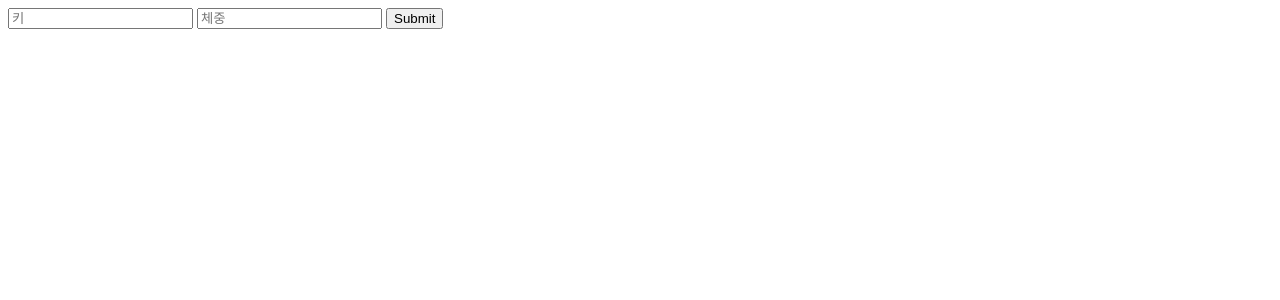
Repository: dev-leeJin/jsp-practice
Page: http://localhost/JSPBasic/JspObject/1.requests/req_bmi.jsp
The author's editor kept a copy of each file at every save. The page is drawn from the files as they stood at one save, then again after the next save.
The browser window is 1280 px wide. The pictures show the whole page.
The page is served by Tomcat 9.

Above is the page before, as saved 2022-02-04 00:42:42.

### JSPBasic/src/main/webapp/JspObject/1.requests/req_bmi.jsp
<%@ page language="java" contentType="text/html; charset=UTF-8"
    pageEncoding="UTF-8"%>
<!DOCTYPE html>
<html>
<head>
<meta charset="UTF-8">
<title>Insert title here</title>
</head>
<body>
<%--
	사용자의 키(height)와 체중(weight)을 입력받아 BMI지수를 계산해 출력하는
	form 및 출력페이지를 만들어보겠습니다.

	1. 사용자의 입력값을 서버로 전송할 때는 form 태그를 사용합니다.
	2. form의 action= 속성을 이용해 전달할 페이지 및 URL을 지정할 수 있습니다.
	3. input 태그에 name 속성으로 요청 자료를 부를 몇칭을 정할 수 있습니다.
	4. submit 버튼을 사용하면 action= 에 지정한 페이지로 자료가 전송됩니다.
	req_bmi.jsp ==> req.bmi.result.jsp로 전송되게 해 주세요.
 --%>
	<form action="req_bmi_result.jsp">
		<input type="text" name="height" placeholder="키">
		<input type="text" name="weight" placeholder="체중">
		<input type="submit"/>

	</form>
</body>
</html>

After the next save:
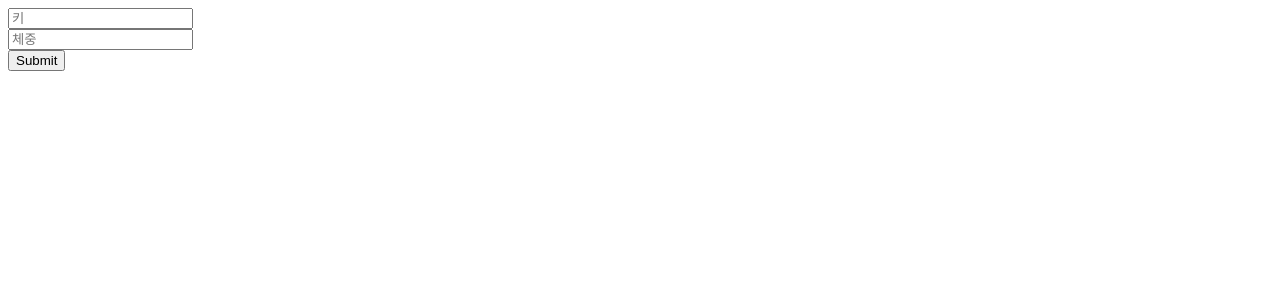
Saved 23 s later.
--- a/JSPBasic/src/main/webapp/JspObject/1.requests/req_bmi.jsp
+++ b/JSPBasic/src/main/webapp/JspObject/1.requests/req_bmi.jsp
@@ -18,8 +18,8 @@
 	req_bmi.jsp ==> req.bmi.result.jsp로 전송되게 해 주세요.
  --%>
 	<form action="req_bmi_result.jsp">
-		<input type="text" name="height" placeholder="키">
-		<input type="text" name="weight" placeholder="체중">
+		<input type="text" name="height" placeholder="키"> <br/>
+		<input type="text" name="weight" placeholder="체중"> <br/>
 		<input type="submit"/>
 
 	</form>
